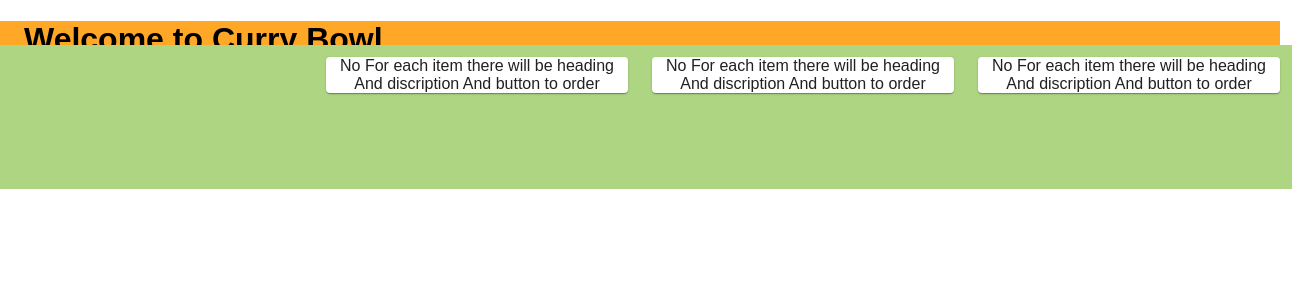
Repository: appikonda/food-order
Page: /
These files come from the project's save history. The page is drawn as it stood at one moment and after the next save; the edit follows.
The browser window is 1280 px wide. The page is 1292 px wide, so the pictures cover 1292 px, including what lies to the right of the window. The pictures show the whole page.
The project was rebuilt for these pictures with package versions that can differ from the ones it lists, and the page was loaded fresh each time. Also part of the build but not shown: webpack.config.js, src/App.css.

Above is the page before, as saved 2019-08-15 16:29:25.

After the next save:
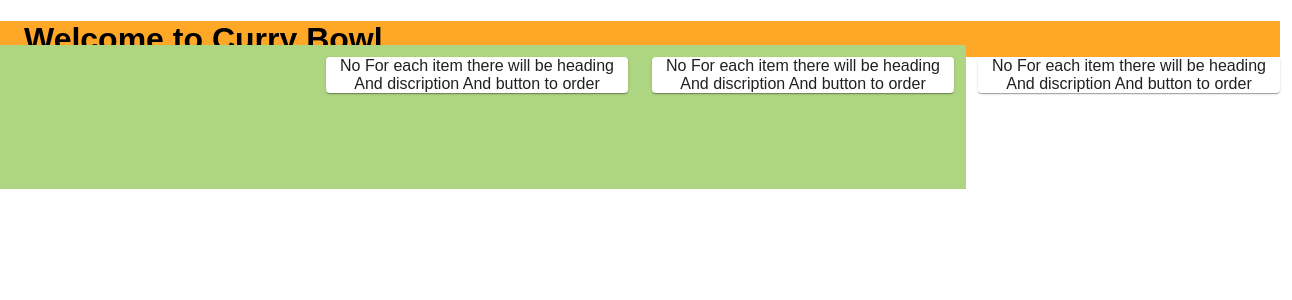
Saved 33 s later.
--- a/src/OrderFood.jsx
+++ b/src/OrderFood.jsx
@@ -47,12 +47,8 @@
         <Grid item xs={6} sm={3} style={{ backgroundColor: '#aed581', height: '20vh' }} >
           <Paper style={{    textAlign: 'center',  color:'#212121' }}></Paper>
         </Grid>
-        <Grid item xs={6} sm={3}  style={{ backgroundColor: '#aed581', height: '20vh' }}>
-          <Paper style={{
-      textAlign: 'center',
-      color: '#212121'
-  }}>No
-  For each item there will be heading
+        <Grid item xs={6} sm={3}  style={{ backgroundColor: '#aed581', height: '20vh' }} >
+          <Paper style={{      textAlign: 'center',      color: '#212121'  }}>No   For each item there will be heading
   And discription
   And button to order</Paper>
         </Grid>
@@ -63,7 +59,7 @@
   And discription
   And button to order</Paper>
         </Grid>
-        <Grid item xs={6} sm={3}  style={{ backgroundColor: '#aed581', height: '20vh' }}>
+        <Grid item xs={6} sm={3}>
           <Paper style={{
 
   textAlign: 'center',
